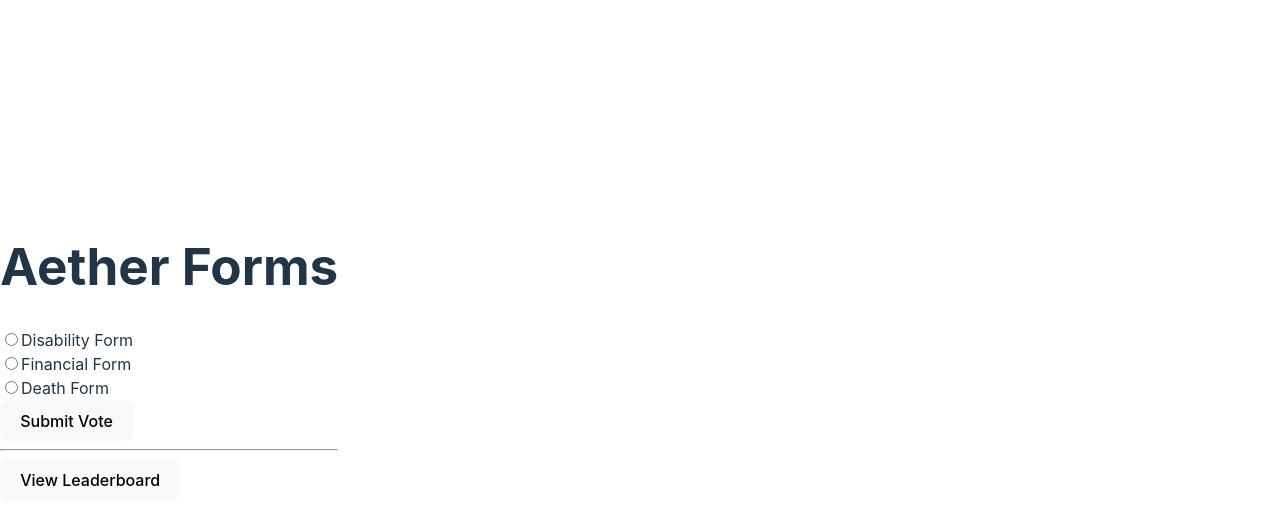
Repository: Jennica1/Aether-Top-Forms
Page: / (app in form-leaderboard-frontend/)
These files come from the project's save history. The page is drawn as it stood at one moment and after the next save; the edit follows.
The browser window is 1280 px wide. The pictures show the whole page.
The project was rebuilt for these pictures with package versions that can differ from the ones it lists, and the page was loaded fresh each time. Also part of the build but not shown: form-leaderboard-frontend/vite.config.js.

Above is the page before, as saved 2024-11-26 21:02:38.

### form-leaderboard-frontend/src/App.jsx
import React from "react";
import VotingForm from "./components/VotingForm";
import Leaderboard from "./components/Leaderboard";

function App() {
  return (
    <div>
      <h1>Aether Forms</h1>
      <VotingForm />
      <hr />
      <Leaderboard />
    </div>
  );
}

export default App;

### form-leaderboard-frontend/src/components/VotingForm.jsx
import React, { useState, useEffect } from "react";

const VotingForm = () => {
  const [formDescriptions, setFormDescriptions] = useState([]);
  const [formType, setFormType] = useState("");
  const [selectedDescription, setSelectedDescription] = useState("");

  // Load form descriptions from JSON
  useEffect(() => {
    import("../formDescriptions.json")
      .then((module) => {
        console.log("Loaded form descriptions:", module.default); // Debugging
        setFormDescriptions(module.default);
      })
      .catch((error) => {
        console.error("Failed to load form descriptions:", error);
      });
  }, []);

  // Handle form selection and display description
  const handleFormSelection = (form) => {
    setFormType(form);
    const description = formDescriptions.find((item) => item.formType === form)?.description;
    setSelectedDescription(description || "No description available.");
  };

  // Handle vote submission
  const handleVote = async (e) => {
    e.preventDefault();

    if (!formType) {
      alert("Please select a form!");
      return;
    }

    try {
      const response = await fetch("https://aether-top-forms-leaderboard.onrender.com//api/votes", {
        method: "POST",
        headers: {
          "Content-Type": "application/json",
        },
        body: JSON.stringify({ formType }),
      });

      if (response.ok) {
        alert(`Vote submitted for ${formType}`);
      } else {
        console.error("Error submitting vote:", response.statusText);
      }
    } catch (error) {
      console.error("Error submitting vote:", error);
    }
  };

  return (
    <div>
      <form onSubmit={handleVote}>
        {formDescriptions.map((form) => (
          <div key={form.formType}>
            <label>
              <input
                type="radio"
                name="form"
                value={form.formType}
                onChange={(e) => handleFormSelection(e.target.value)}
              />
              {form.formType}
            </label>
          </div>
        ))}
        <button type="submit">Submit Vote</button>
      </form>

      {selectedDescription && (
        <div>
          <h3>Form Description:</h3>
          <p>{selectedDescription}</p>
        </div>
      )}
    </div>
  );
};

export default VotingForm;

### form-leaderboard-frontend/src/components/Leaderboard.jsx
import React, { useState } from "react";
import axios from "axios";

const Leaderboard = () => {
  const [leaderboard, setLeaderboard] = useState([]);
  const [error, setError] = useState(null);

  const fetchLeaderboard = async () => {
    try {
      const { data } = await axios.get("https://aether-top-forms-leaderboard.onrender.com/api/votes/leaderboard");
      setLeaderboard(data);
      setError(null); // Clear previous errors
    } catch (error) {
      console.error("Error fetching leaderboard or descriptions:", error);
      setError(error.message || "Something went wrong");
    }
  };

  return (
    <div>
      <button onClick={fetchLeaderboard}>View Leaderboard</button>
      {error && <p style={{ color: "red" }}>Error: {error}</p>}
      <ul>
        {leaderboard.map((entry) => (
          <li key={entry._id}>
            {entry._id}: {entry.count} votes
          </li>
        ))}
      </ul>
    </div>
  );
};

export default Leaderboard;

### form-leaderboard-frontend/src/formDescriptions.json
[
  {
    "formType": "Disability Form",
    "description": "A form for requesting accommodations or support for disabilities."
  },
  {
    "formType": "Financial Form",
    "description": "A form for financial aid or assistance requests."
  },
  {
    "formType": "Death Form",
    "description": "A form for processing claims related to death benefits."
  }
]

Loaded but not shown: form-leaderboard-frontend/index.html (common file); form-leaderboard-frontend/src/main.jsx (common file); form-leaderboard-frontend/src/index.css (common file)

After the next save:
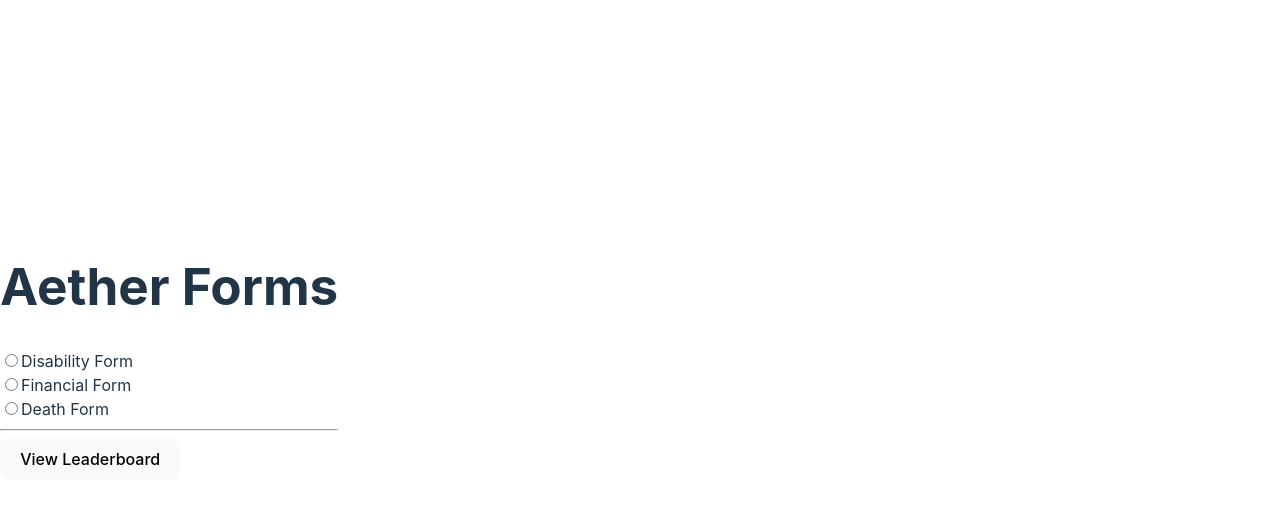
Saved 4 min 20 s later.
--- a/form-leaderboard-frontend/src/components/VotingForm.jsx
+++ b/form-leaderboard-frontend/src/components/VotingForm.jsx
@@ -54,29 +54,24 @@
 
   return (
     <div>
-      <form onSubmit={handleVote}>
-        {formDescriptions.map((form) => (
-          <div key={form.formType}>
-            <label>
-              <input
-                type="radio"
-                name="form"
-                value={form.formType}
-                onChange={(e) => handleFormSelection(e.target.value)}
-              />
-              {form.formType}
-            </label>
-          </div>
-        ))}
-        <button type="submit">Submit Vote</button>
-      </form>
-
-      {selectedDescription && (
-        <div>
-          <h3>Form Description:</h3>
-          <p>{selectedDescription}</p>
-        </div>
-      )}
+      {console.log("Rendered formDescriptions:", formDescriptions)}
+{formDescriptions.length > 0 ? (
+  formDescriptions.map((form) => (
+    <div key={form.formType}>
+      <label>
+        <input
+          type="radio"
+          name="form"
+          value={form.formType}
+          onChange={(e) => handleFormSelection(e.target.value)}
+        />
+        {form.formType}
+      </label>
+    </div>
+  ))
+) : (
+  <p>Loading form descriptions...</p>
+)}
     </div>
   );
 };

After the save that followed:
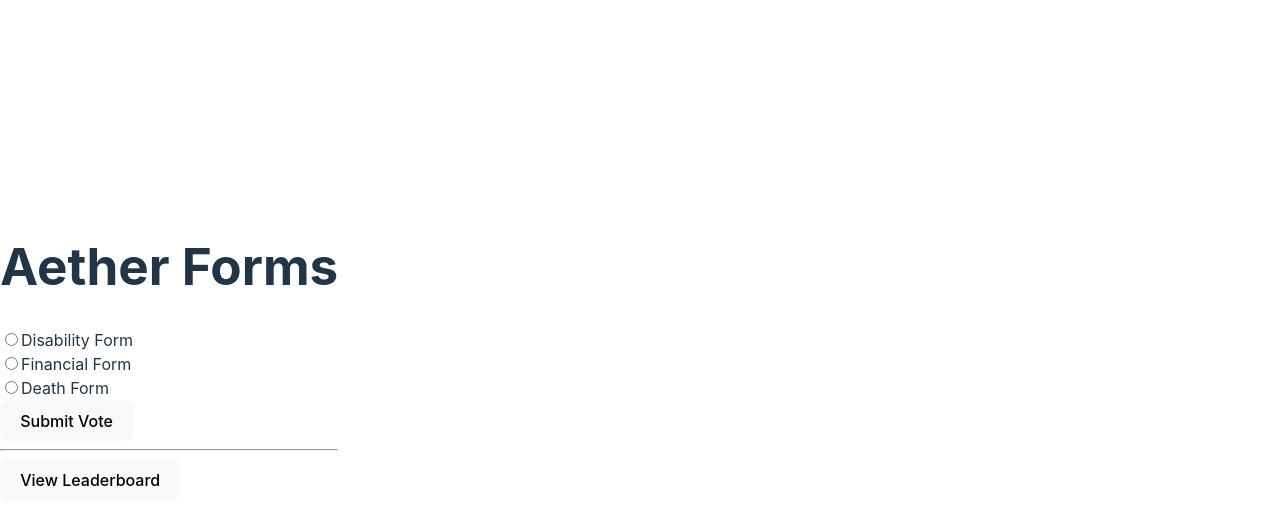
Saved 56 s later.
--- a/form-leaderboard-frontend/src/components/VotingForm.jsx
+++ b/form-leaderboard-frontend/src/components/VotingForm.jsx
@@ -54,24 +54,29 @@
 
   return (
     <div>
-      {console.log("Rendered formDescriptions:", formDescriptions)}
-{formDescriptions.length > 0 ? (
-  formDescriptions.map((form) => (
-    <div key={form.formType}>
-      <label>
-        <input
-          type="radio"
-          name="form"
-          value={form.formType}
-          onChange={(e) => handleFormSelection(e.target.value)}
-        />
-        {form.formType}
-      </label>
-    </div>
-  ))
-) : (
-  <p>Loading form descriptions...</p>
-)}
+      <form onSubmit={handleVote}>
+      {formDescriptions.map((form) => (
+  <div key={form.formType}>
+    <label>
+      <input
+        type="radio"
+        name="form"
+        value={form.formType}
+        onChange={(e) => handleFormSelection(e.target.value)}
+      />
+      {form.formType}
+    </label>
+  </div>
+))}
+        <button type="submit">Submit Vote</button>
+      </form>
+
+      {selectedDescription && (
+        <div>
+          <h3>Form Description:</h3>
+          <p>{selectedDescription}</p>
+        </div>
+      )}
     </div>
   );
 };
